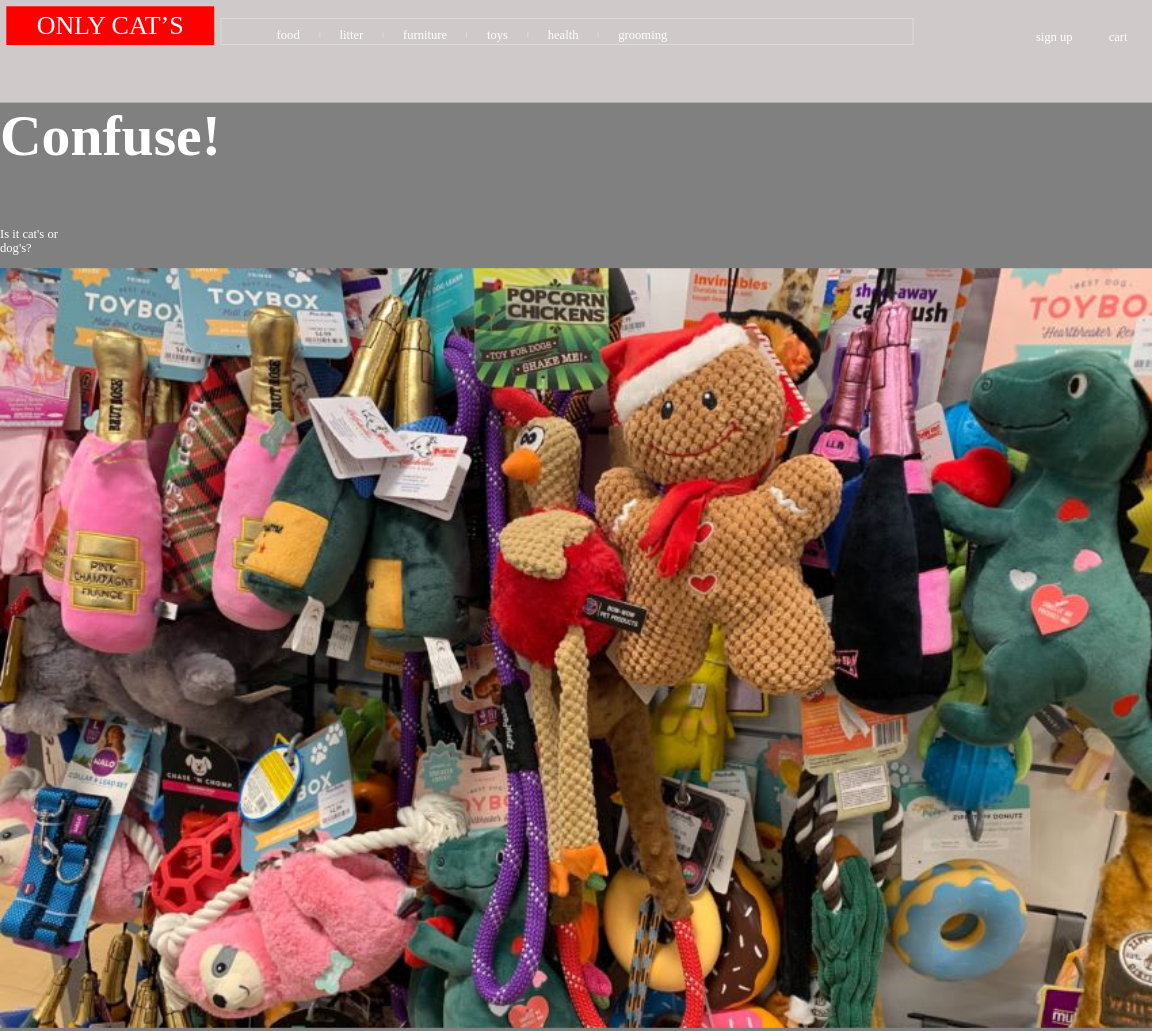
Repository: itson1115/chan_git
Page: cat/index2.html
These files come from the project's save history. The page is drawn as it stood at one moment and after the next save; the edit follows.
The browser window is 1280 px wide. The pictures show the whole page, at 90% of full size.

Above is the page before, as saved 2021-09-02 04:21:39.

After the next save:
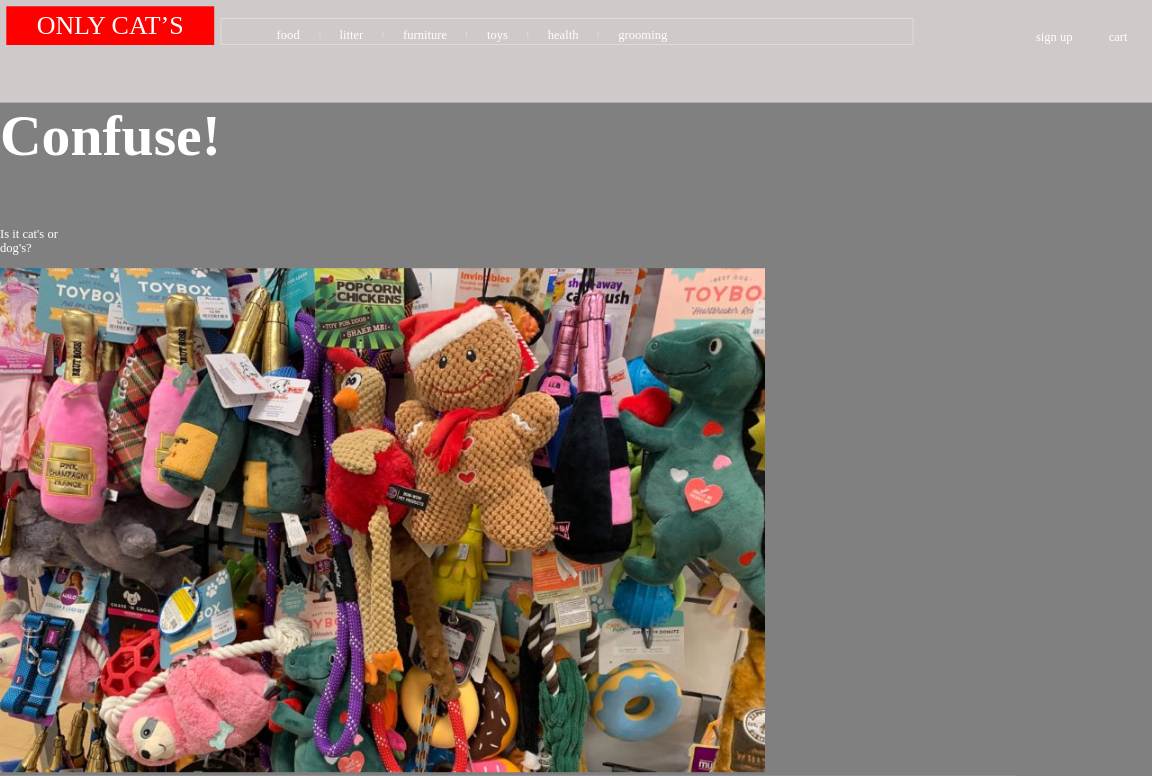
Saved 10 s later.
--- a/cat/index2.html
+++ b/cat/index2.html
@@ -30,7 +30,7 @@
     <article class="confuse">
       <h1>Confuse!</h1>
       <p>Is it cat's or<br/>dog's?</p>
-      <img src="images/toys.jpg" width="100%"/>
+      <img src="images/toys.jpg"/>
     </article>
   </section>
 </body>
